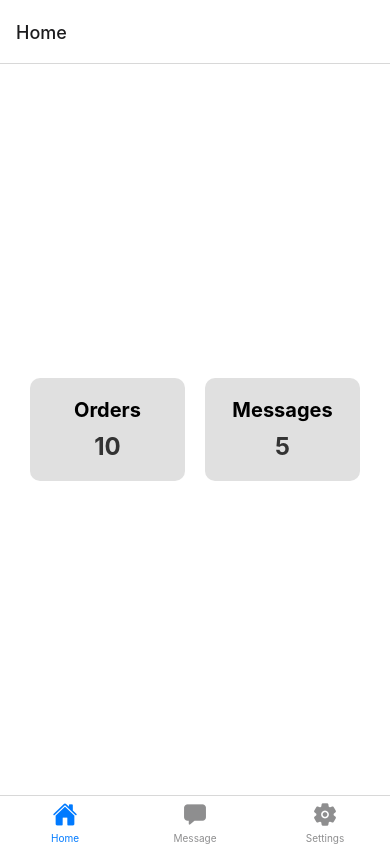
Repository: Waikato153/AwesomeProject
Screen: /
These files come from the project's save history. The screen is drawn as it stood at one moment and after the next save; the edit follows.
The app was drawn by React Native's web renderer in a window 390 px wide. The project was rebuilt for these pictures with package versions that can differ from the ones it lists, and the page was loaded fresh each time.

Above is the screen before, as saved 2024-02-28 16:03:21.

After the next save:
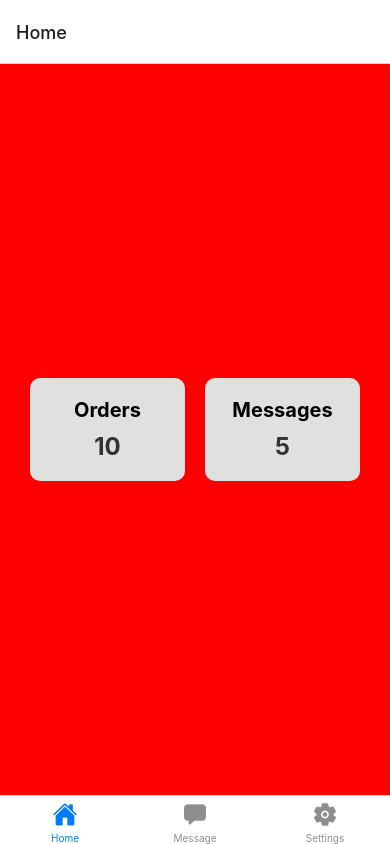
Saved 117 s later.
--- a/screens/HomeScreen.js
+++ b/screens/HomeScreen.js
@@ -24,7 +24,7 @@ const styles = StyleSheet.create({
     flexDirection: 'row',
     justifyContent: 'space-around',
     alignItems: 'center',
-    backgroundColor: '#ffffff',
+    backgroundColor: 'red',
     padding: 20,
   },
   block: {
